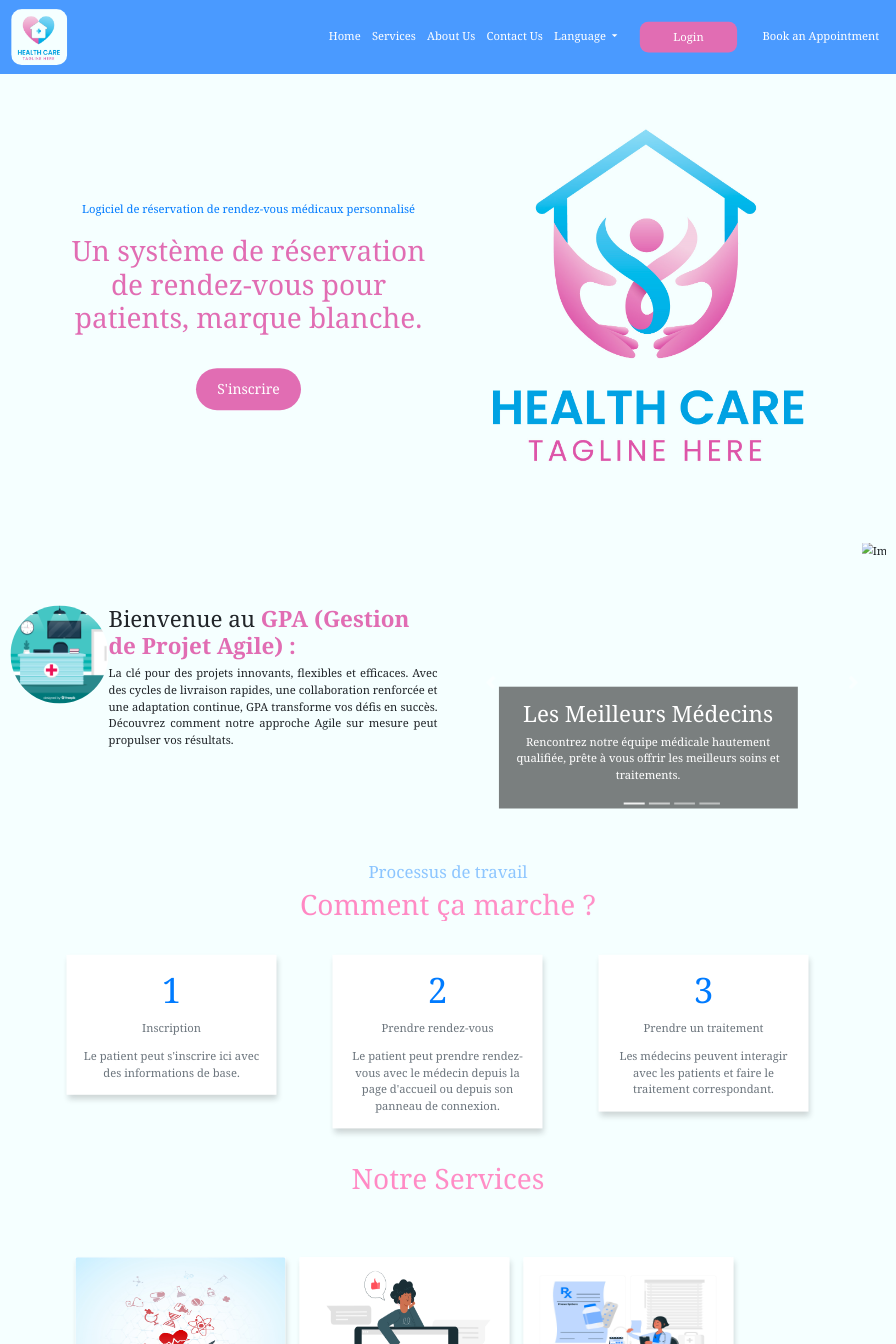
Repository: SalmaElhaou/Scrum-Project
Page: http://localhost/
The author's editor kept a copy of each file at every save. The page is drawn from the files as they stood at one save, then again after a run of saves.
The browser window is 1280 px wide. The pictures show the part of the page from y = 0 to 1920 px (the page is 3188 px tall), at 70% of full size.
Some web libraries are served in a nearby version. The page is served by the project's Laravel application, run on PHP 8.4 with Laravel 10.

Above is the page before, as saved 2025-02-01 21:44:13.

After the next 2 saves:
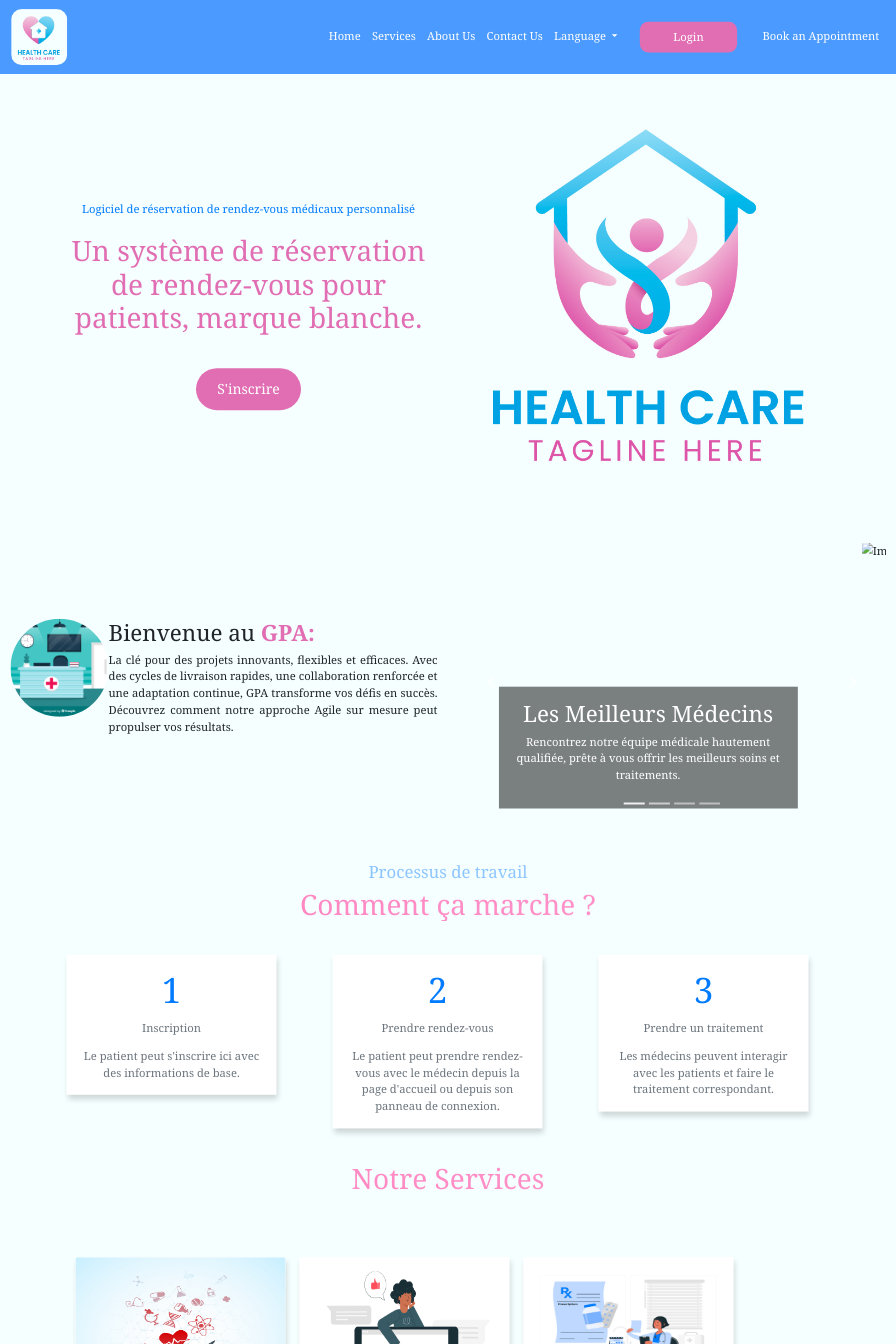
The 2 saves are shown as one change because they came seconds apart.
The last was saved 37 s later.
--- a/resources/views/welcome.blade.php
+++ b/resources/views/welcome.blade.php
@@ -400,7 +400,7 @@
           <!-- Contenu de la description de l'hôpital -->
           <div>
             <h2 style="font-family: Georgia, serif;">
-                Bienvenue au <span class="font-weight-bold" style="color:#e16db3;">GPA (Gestion de Projet Agile) :</span>
+                Bienvenue au <span class="font-weight-bold" style="color:#e16db3;">GPA:</span>
             </h2>
             <p style="text-align: justify;">
                 La clé pour des projets innovants, flexibles et efficaces. Avec des cycles de livraison rapides, une collaboration renforcée et une adaptation continue, GPA transforme vos défis en succès. Découvrez comment notre approche Agile sur mesure peut propulser vos résultats.
